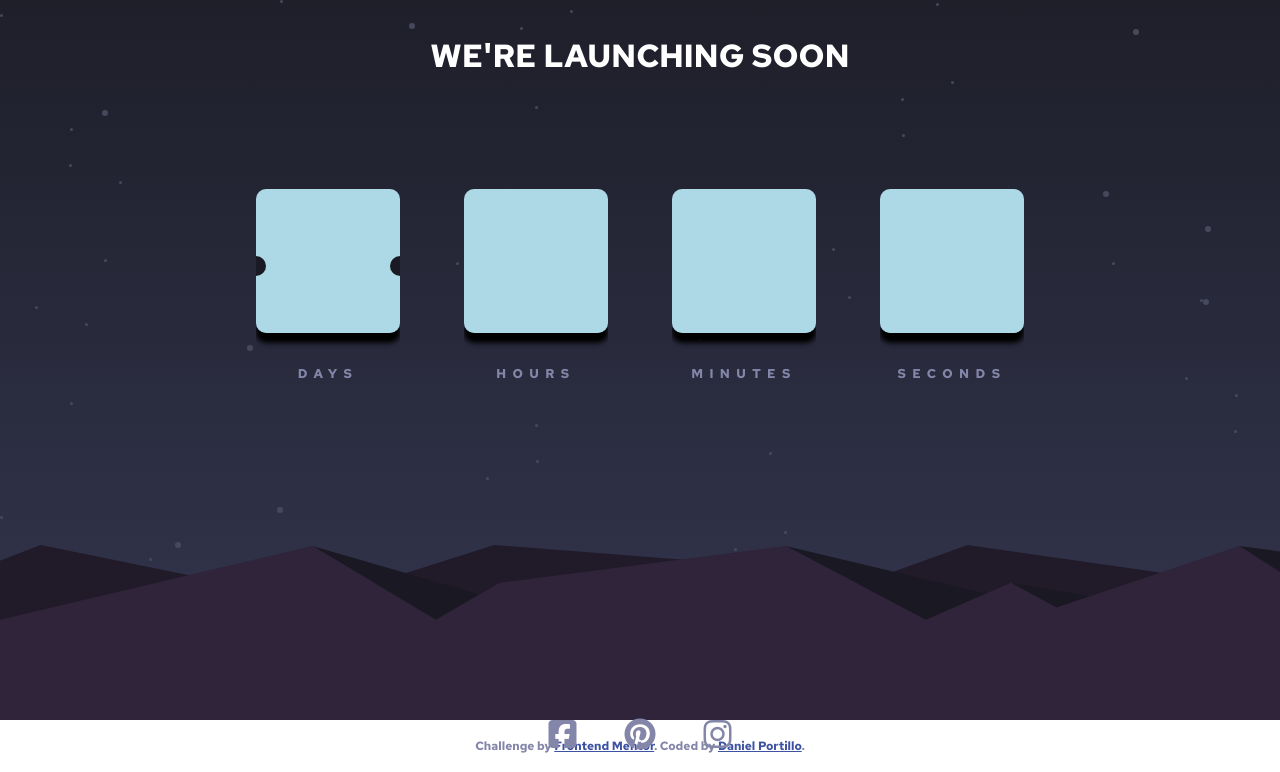
Repository: dportillo23/launch-countdown-timer-main
Page: index.html
The author's editor kept a copy of each file at every save. The page is drawn from the files as they stood at one save, then again after the next save.
The browser window is 1280 px wide. The pictures show the whole page.
Some web libraries are served in a nearby version. The style sheet was rebuilt from its Sass, Less or Tailwind sources for each picture, by a compiler version that may differ from the author's.

Above is the page before, as saved 2021-07-02 10:25:09.

After the next save:
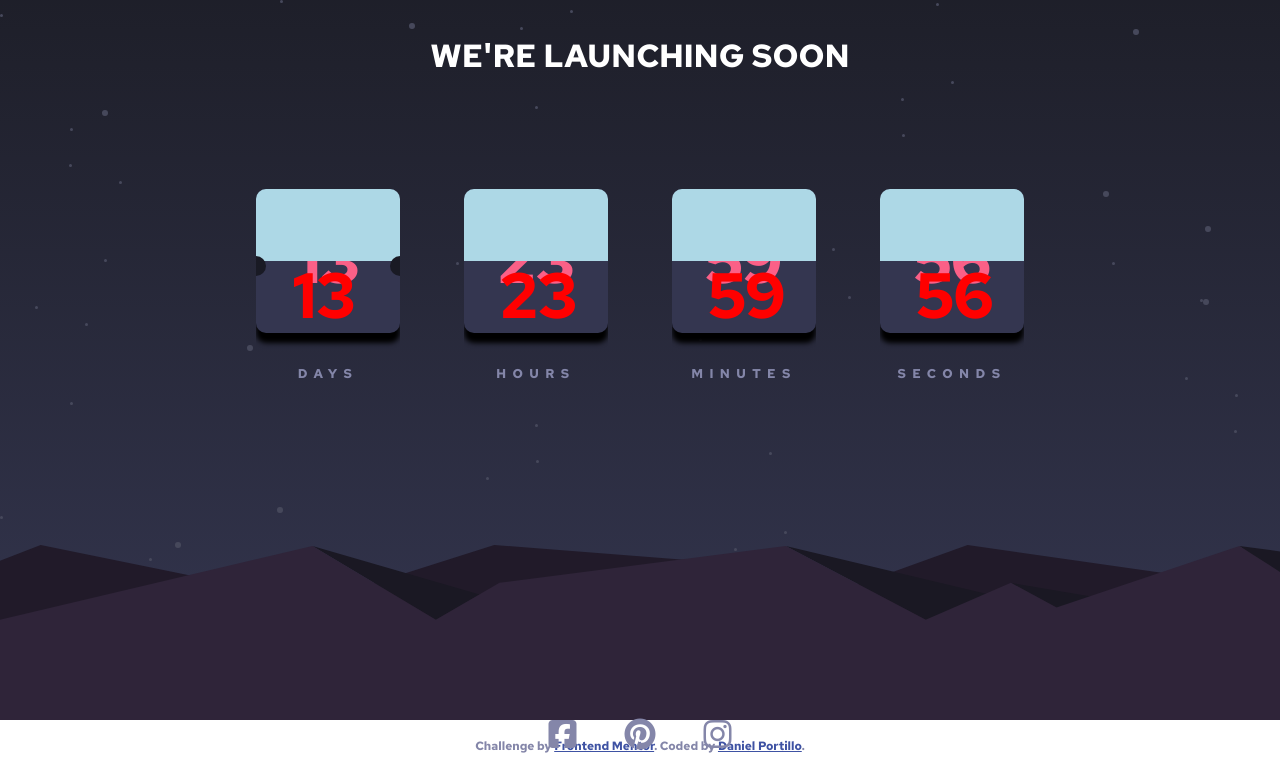
Saved 8 s later.
--- a/style.scss
+++ b/style.scss
@@ -84,7 +84,7 @@ body {
         height: 50%;
         color: red;
         background-color: lightblue;
-        padding: 5em 25% 0;
+        padding: 1em 25% 0;
         position: absolute;
         z-index: 1;
         top: 0;
